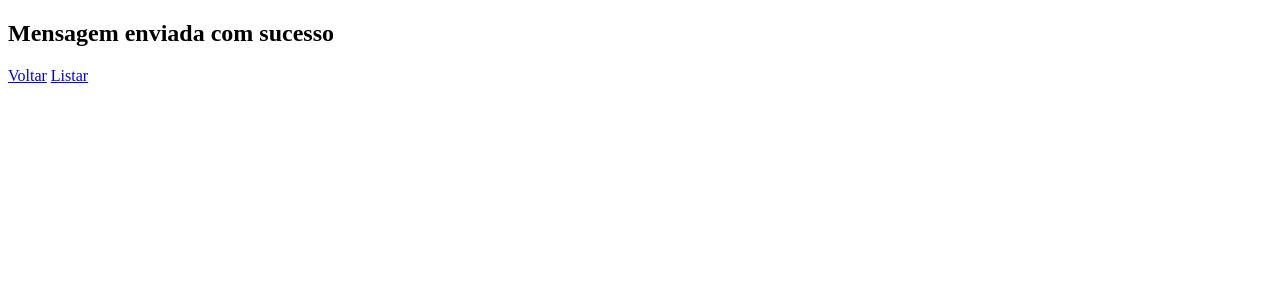
Repository: Sofiampsantos/Portal-de-Jornalismo-Escolar
Page: http://localhost/FormularioContacto/sucesso.jsp
An editor plug-in stored every save of this project. The page is shown before and after the next save, followed by the edit.
The browser window is 1280 px wide. The pictures show the whole page.
The page is served by Tomcat 10.

Above is the page before, as saved 2026-05-22 21:21:54.

After the next save:
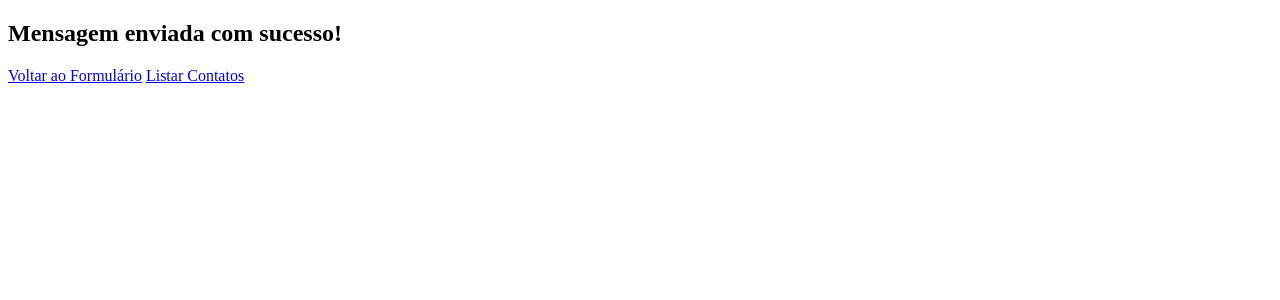
Saved 4 min 43 s later.
--- a/ProjetoProgV2/FormularioContacto/src/main/webapp/sucesso.jsp
+++ b/ProjetoProgV2/FormularioContacto/src/main/webapp/sucesso.jsp
@@ -1,27 +1,16 @@
 <!DOCTYPE html>
-
 <html>
-
 <head>
-
-<meta charset="UTF-8">
-
-<title>Insert title here</title>
-
+    <meta charset="UTF-8">
+    <title>Sucesso</title>
 </head>
-
 <body>
 
+    <h2>Mensagem enviada com sucesso!</h2>
 
-
-<h2>Mensagem enviada com sucesso</h2>
-
-<a href="contato.jsp">Voltar</a>
-
-<a href="ListarContatoServlet">Listar</a>
-
-
+    <a href="contato.jsp">Voltar ao Formulário</a>
+    <!-- Corrigido: Adicionado o "s" em ListarContatosServlet -->
+    <a href="ListarContatosServlet">Listar Contatos</a>
 
 </body>
-
 </html>
